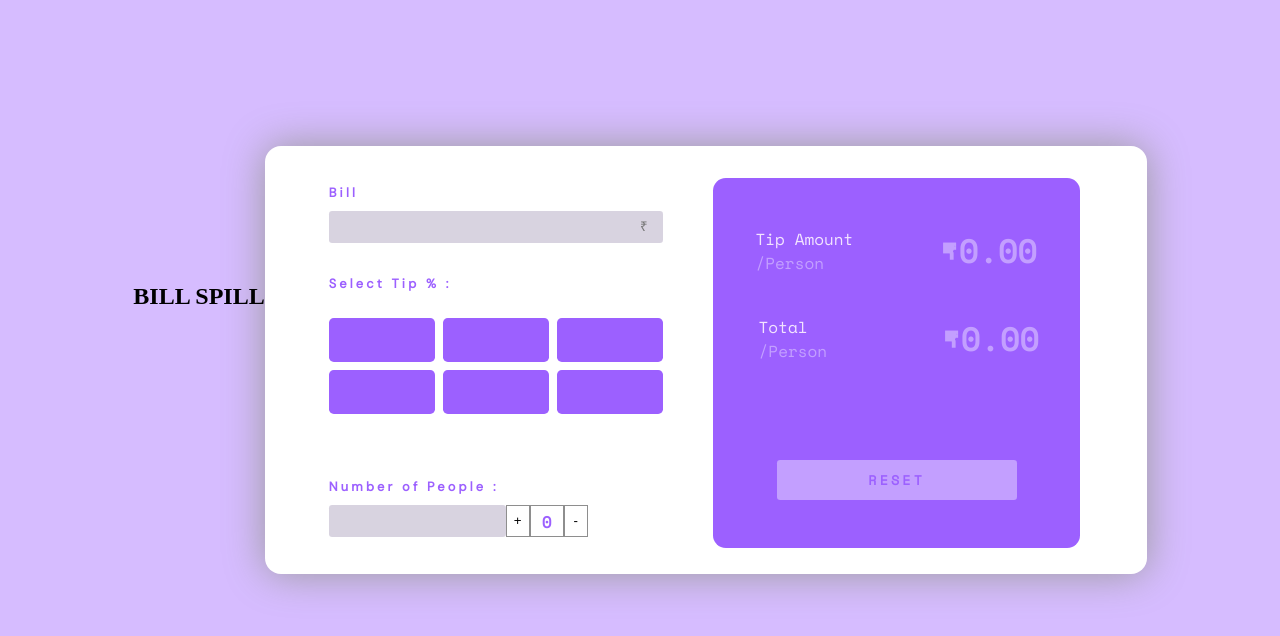
Repository: drumsmanku/micro-project-3
Page: index.html
An editor plug-in stored every save of this project. The page is shown before and after the next save, followed by the edit.
The browser window is 1280 px wide. The pictures show the whole page.
The pointer rests on the first visible `.button-containers button`.

Above is the page before, as saved 2023-04-17 20:55:32.

### index.html
<!DOCTYPE html>
<html lang="en">
<head>
  <meta charset="UTF-8">
  <meta http-equiv="X-UA-Compatible" content="IE=edge">
  <meta name="viewport" content="width=device-width, initial-scale=1.0">
  <link rel="stylesheet" href="styles.css">
  <title>Bill Spill</title>
</head>
<body>
  <main>
    <h2>BILL SPILL</h2>
    <div class="entire-container">
      <div class="left-inside-container">
          <label for="amount">Bill</label>
          <input type="number" name="total" id="total-bill" placeholder="₹" >
          <div class="select-container">
            <label for="tip">Select Tip % :</label>
            <div class="button-containers">
              <button class="bt-1 sizing"></button>
              <button class="bt-2 sizing"></button>
              <button class="bt-3 sizing"></button>
              <button class="bt-4 sizing"></button>
              <button class="bt-5 sizing"></button>
              <button class="bt-6 sizing"></button>
            </div>
          </div>
          <label for="people">Number of People : </label>
          <div class="people-container">
            <input type="number" name="people" id="people-number">
            <button id="add-people">+</button>
            <h4 class="center-text">0</h4>
            <button id="sub-people">-</button>
          </div>
      </div>


      <div class="right-inside-container">
        <div class="first-second-line">
          <div class="first-line">
            <div class="first-line-first">
              <p class="one">Tip Amount</p>
              <p class="two">/Person</p>

            </div>
            <h1>₹0.00</h1>
          </div>
          <div class="second-line">
            <div class="first-line-first">
              <p class="one-two">Total</p>
              <p class="two-two">/Person</p>

            </div>
            <h1>₹0.00</h1>
          </div>
        </div>

        <input type="button" value="RESET">
      </div>
    </div>
  </main>
</body>
</html>

### styles.css
@import url('https://fonts.googleapis.com/css2?family=DM+Sans&display=swap');
@import url('https://fonts.googleapis.com/css2?family=DM+Sans&family=Space+Mono&display=swap');
/* font-family: 'DM Sans', sans-serif; */
*{
  padding: 0;
  margin: 0;
}

main{
  width: 100%;
  height: 100vh;
  display: flex;
  justify-content: center;
  align-items: center;
  background-color:  #D6BCFF;
}

main>h2{
  position: relative;
  top: -4rem;
}

.entire-container{
  width: 818px;
  height: 428px;
  background-color: white;

  display: flex;
  padding-left: 4rem;
  flex-direction: row;
  border-radius: 1rem;
  box-shadow: 0 0 40px rgb(154, 154, 154);
}

.left-inside-container{
  display: flex;
  flex-wrap: wrap;
  flex-direction: column;
  justify-content: center;
}

.button-containers{
  display: grid;
  grid-template-columns: repeat(3, minmax(0,1fr));
  grid-template-rows: repeat(2, minmax(0,1fr));
  grid-gap: 0.5rem;
  margin-top: 1rem;
}

.sizing{
  width: 106px;
  height: 44px;
  border: none;
  background-color: #9C60FF;
  border-radius: 0.3rem;
}
.people-container{
  display: flex;
  flex-direction: row;
}
.people-container>h4{
  border: 1px solid #8E8E8E;
  width: 2rem;
  text-align: center;
  padding-top: 4px;
  color: #9C60FF;
  font-family: 'Space Mono';
  font-size: 1rem;
}
.people-container>button{
  background: none;
  border: 1px solid #8E8E8E;
  width: 1.5rem;
}

.select-container{
  display: flex;
  flex-direction: column;
  margin: 2rem 0 4rem 0;
}

.right-inside-container{
  width: 367px;
  height: 370px;
  background-color: #9C60FF;
  border-radius: 0.8rem;
  position: relative;
  top: 2rem;
  margin-left: 10px;
  right: -40px;
  display: flex;
  flex-direction: column;
  justify-content:space-around;
}
.first-line{
  display: flex;
  justify-content: space-around;
  margin-bottom: 2.5rem;
}
.second-line{
  display: flex;
  justify-content: space-around;
}
.first-second-line{
  font-family: 'Space Mono';

}
.first-second-line h1{
  color: #C39FFF;
  font-weight: bold;
}
.first-line-first{
  color: #F3E4FF;;
}
.first-line-first .two,.two-two{
  color: #C39FFF;
}
.second-line>h1{
  margin-left: 2rem;
}
.one-two,.two-two{
  margin-left: 5px;
}
input[value='RESET']{
  width:15rem;
  height: 2.5rem;
  text-align: center;
  margin-left: 4rem;
  background-color: #C39FFF;
  letter-spacing: 0.2rem;
  font-family: 'Space Mono';
  font-weight: bold;
  transition: 0.2s ease-in;
}
input[value='RESET']:hover{
  opacity: 0.5;
}
input{
  border-radius: 0.2rem;
  border: none;
  background-color: rgba(182, 172, 196, 0.53);
  height: 2rem;
  text-align: end;
  color: #9C60FF;
}
label{
  color: #9C60FF;
  font-size: 0.8rem;
  font-family: 'DM Sans';
  font-weight: bold;
  letter-spacing: 0.2rem;
  margin-bottom: 10px;
}

After the next save:
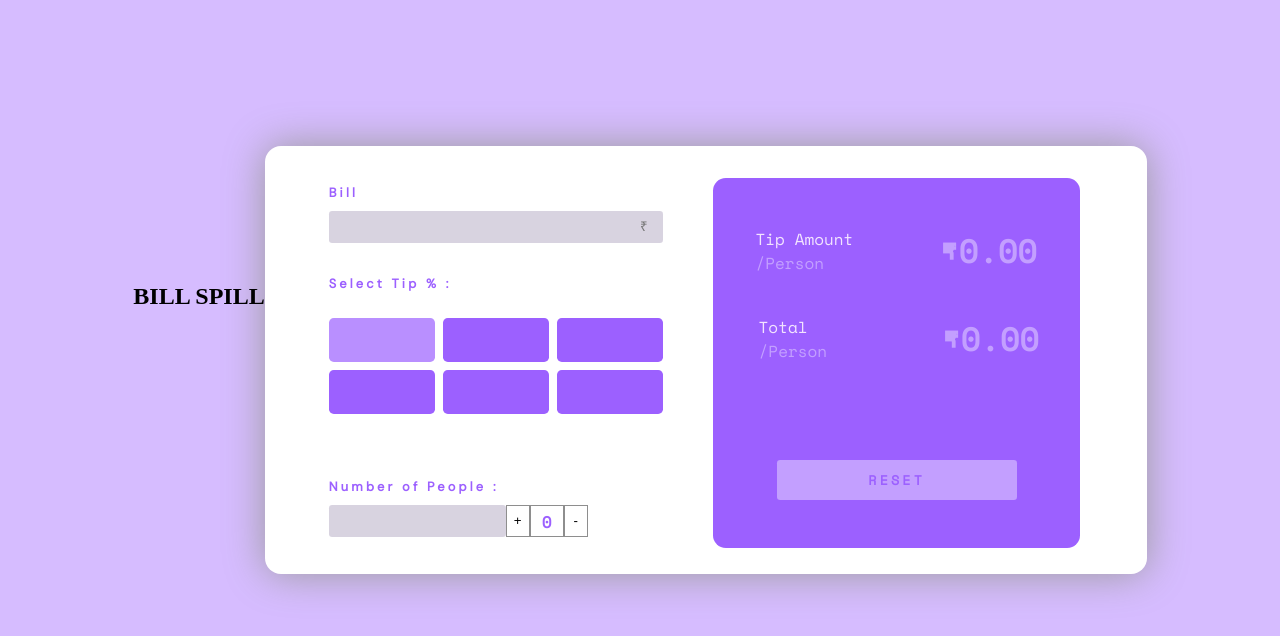
Saved 57 s later.
--- a/styles.css
+++ b/styles.css
@@ -132,6 +132,9 @@ input[value='RESET']{
   font-weight: bold;
   transition: 0.2s ease-in;
 }
+.button-containers button:hover{
+  opacity: 0.7;
+}
 input[value='RESET']:hover{
   opacity: 0.5;
 }
